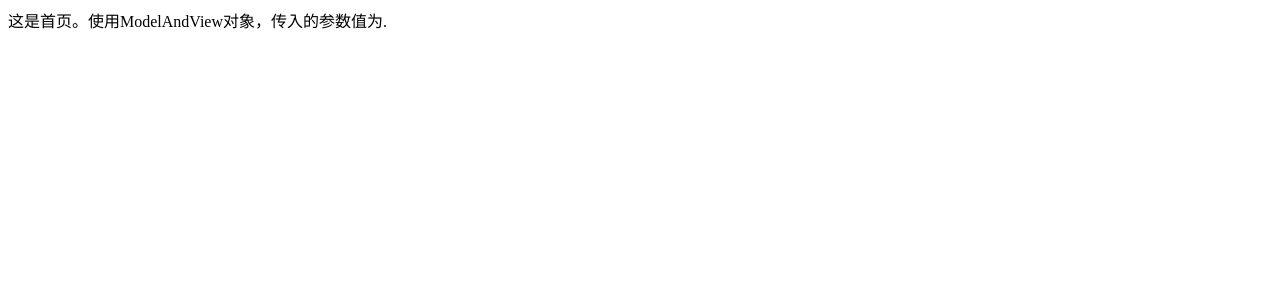
Repository: stranxxc/java_code
Page: http://localhost/SSM_03_Spring_MVC_dxc_53/
The author's editor kept a copy of each file at every save. The page is drawn from the files as they stood at one save, then again after the next save.
The browser window is 1280 px wide. The pictures show the whole page.
The page is served by Tomcat 9. Other server files are loaded and not shown.

Above is the page before, as saved 2026-05-26 02:52:32.

### SSM_03_Spring_MVC_dxc_53/WebRoot/index.jsp
<%@ page language="java" import="java.util.*" pageEncoding="UTF-8"%>
<%
String path = request.getContextPath();
String basePath = request.getScheme()+"://"+request.getServerName()+":"+request.getServerPort()+path+"/";
%>

<!DOCTYPE HTML PUBLIC "-//W3C//DTD HTML 4.01 Transitional//EN">
<html>
  <head>
    <base href="<%=basePath%>">

    <title>My JSP 'index.jsp' starting page</title>
	<meta http-equiv="pragma" content="no-cache">
	<meta http-equiv="cache-control" content="no-cache">
	<meta http-equiv="expires" content="0">
	<meta http-equiv="keywords" content="keyword1,keyword2,keyword3">
	<meta http-equiv="description" content="This is my page">
	<!--
	<link rel="stylesheet" type="text/css" href="styles.css">
	-->
  </head>

  <body>
    这是首页。使用ModelAndView对象，传入的参数值为${userName}. <br>
  </body>
</html>

After the next save:
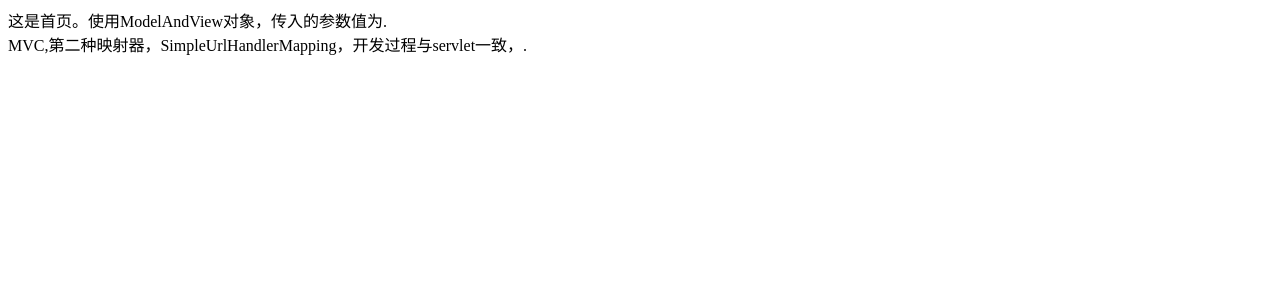
Saved 3 min 56 s later.
--- a/SSM_03_Spring_MVC_dxc_53/WebRoot/index.jsp
+++ b/SSM_03_Spring_MVC_dxc_53/WebRoot/index.jsp
@@ -22,5 +22,6 @@ String basePath = request.getScheme()+"://"+request.getServerName()+":"+request.
 
   <body>
     这是首页。使用ModelAndView对象，传入的参数值为${userName}. <br>
+    MVC,第二种映射器，SimpleUrlHandlerMapping，开发过程与servlet一致，${userName}.
   </body>
 </html>
